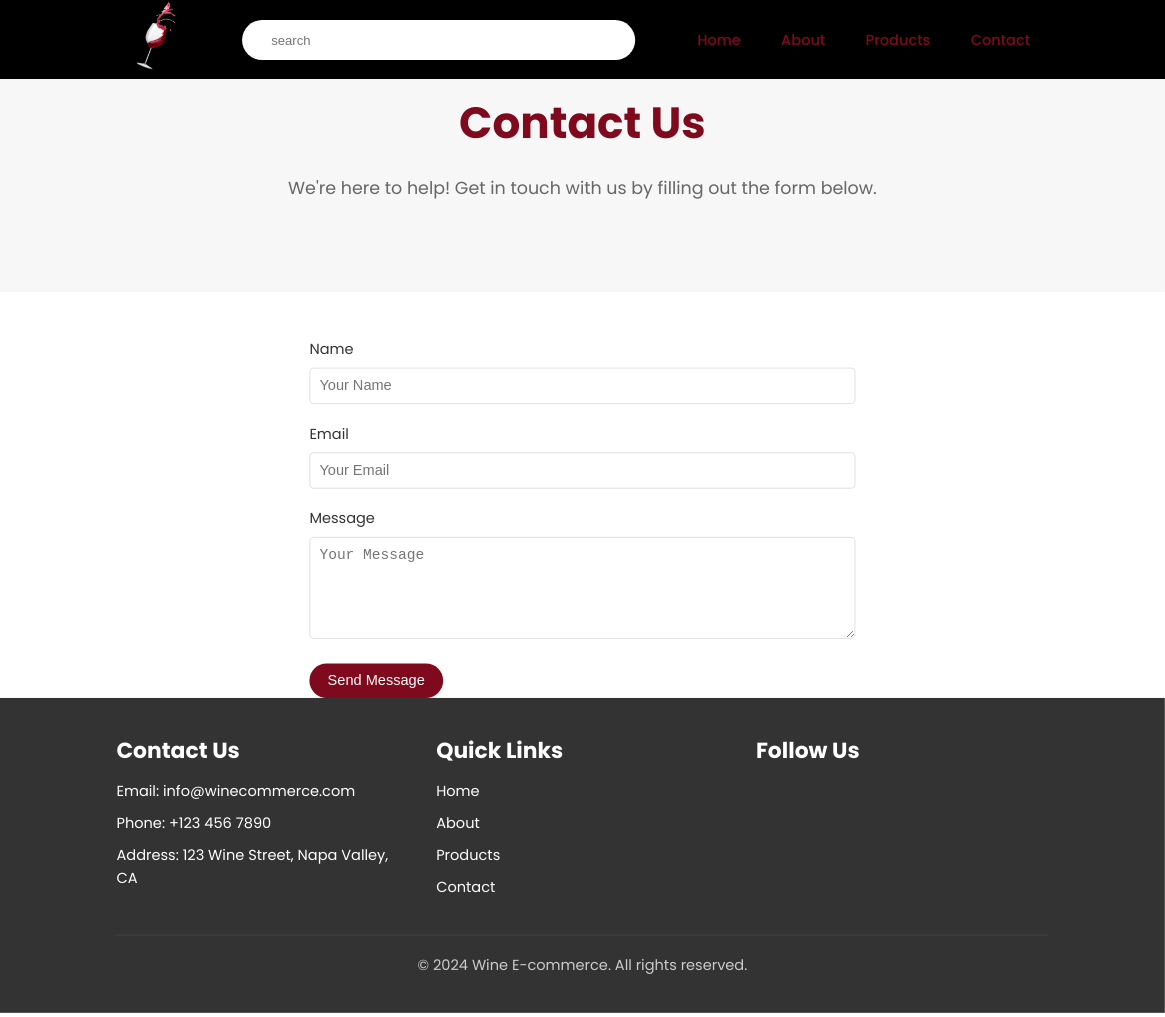
Repository: vncntxl/assesment3
Page: contact.html
These files come from the project's save history. The page is drawn as it stood at one moment and after the next save; the edit follows.
The browser window is 1280 px wide. The pictures show the whole page, at 91% of full size.

Above is the page before, as saved 2024-08-22 13:30:05.

After the next save:
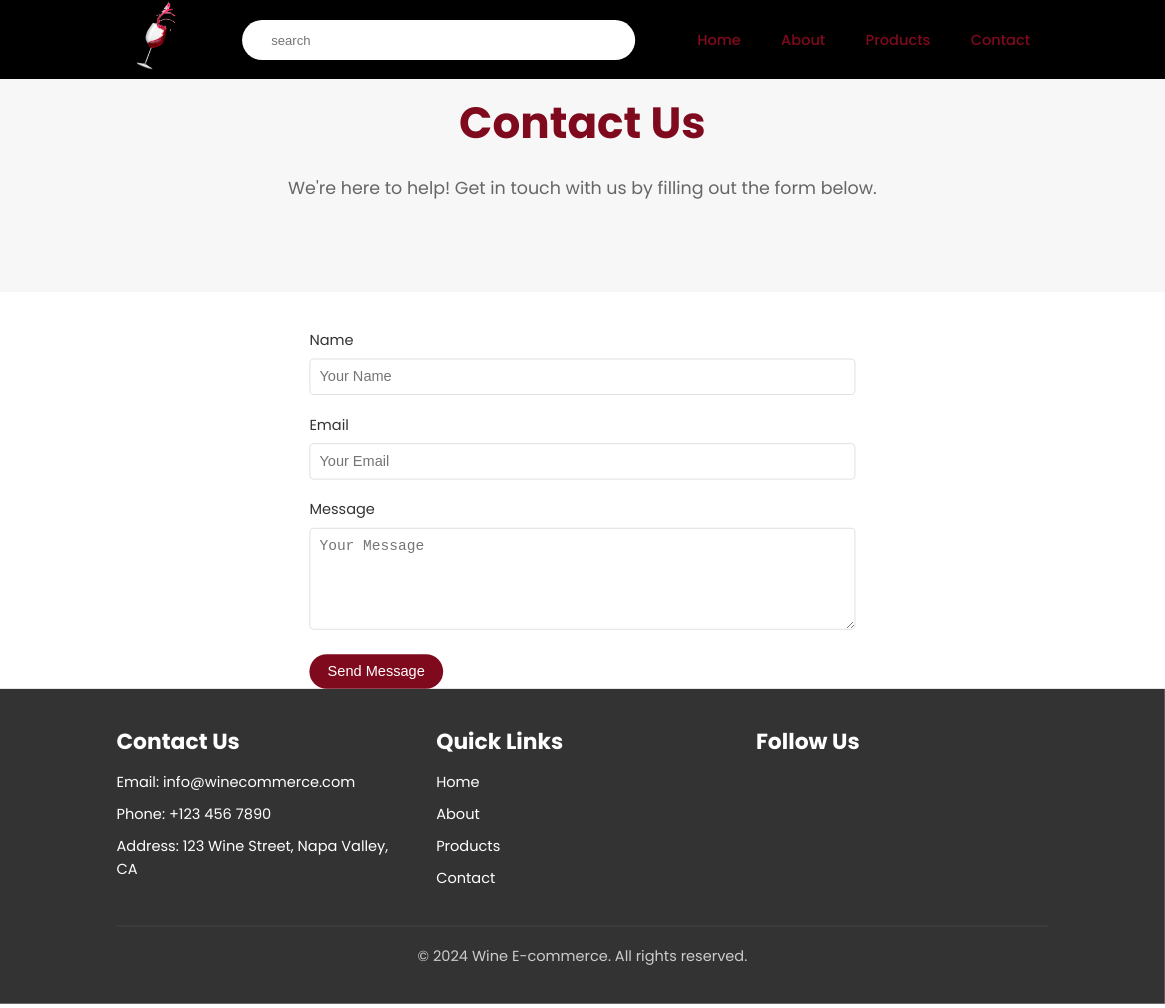
Saved 5 s later.
--- a/styles.css
+++ b/styles.css
@@ -392,7 +392,7 @@ nav li a {
     padding: 100px 0;
     text-align: center;
     color: #333;
-    margin-bottom: ;
+    margin-bottom: -10px;
 }
 
 .contact-hero h1 {
